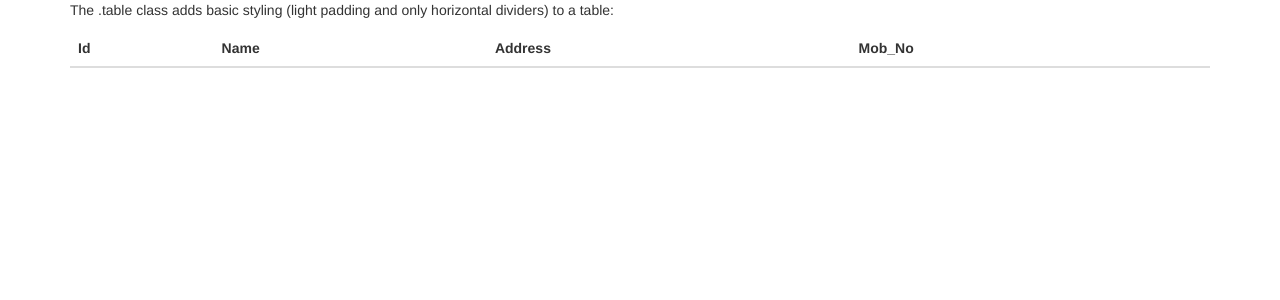
Repository: priyankateli27/priyanka
Page: SirAssignment/src/main/webapp/information.html
An editor plug-in stored every save of this project. The page is shown before and after the next save, followed by the edit.
The browser window is 1280 px wide. The pictures show the whole page.

Above is the page before, as saved 2016-07-15 10:47:54.

After the next save:
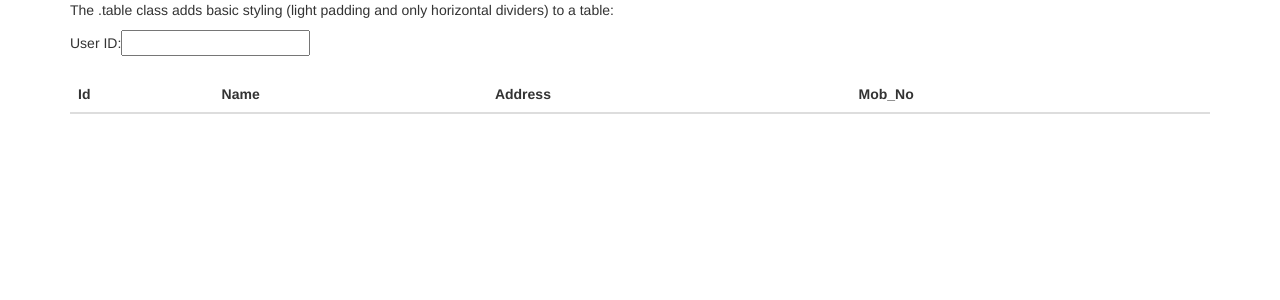
Saved 48 s later.
--- a/SirAssignment/src/main/webapp/information.html
+++ b/SirAssignment/src/main/webapp/information.html
@@ -17,6 +17,10 @@
     <thead>
       <tr>
         <th>Id</th>
+         User ID:<input type="text" name="userID">
+</br>
+</br>
+
         <th>Name</th>
         <th>Address</th>
         <th>Mob_No</th>
